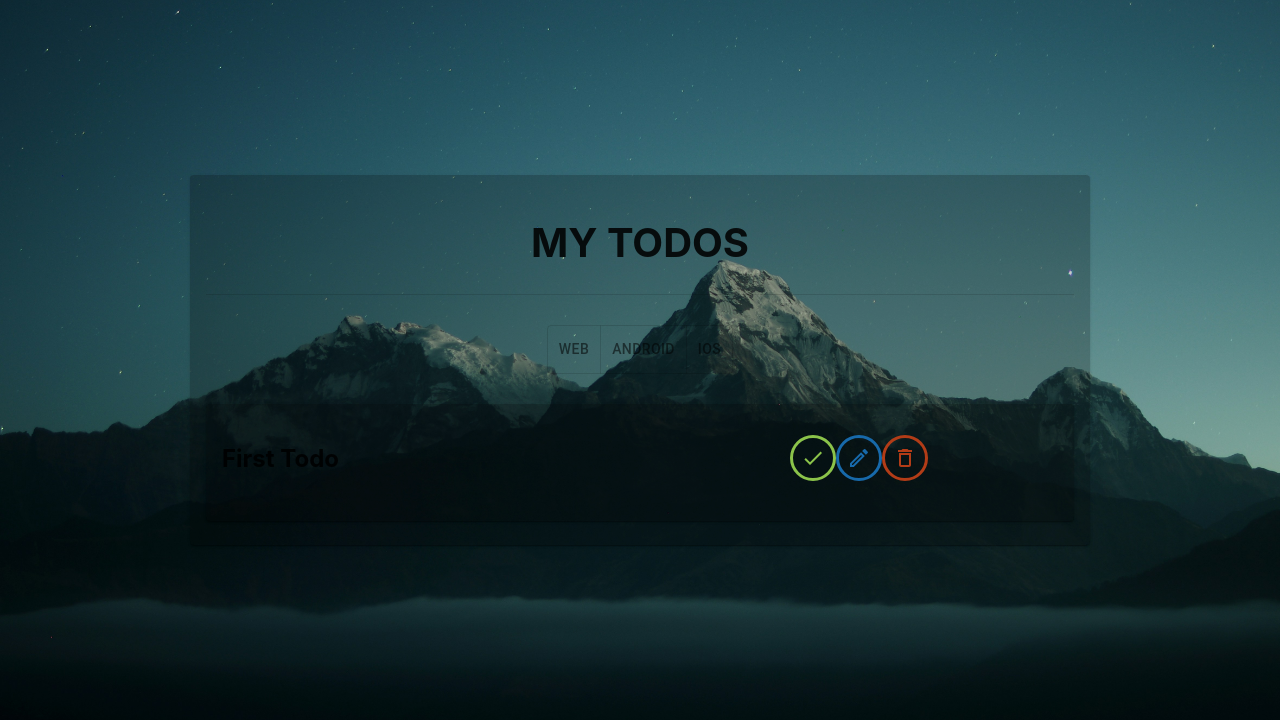
Repository: Ebadahamde/React-CRUDS-Project
Page: /
An editor plug-in stored every save of this project. The page is shown before and after a run of saves, followed by the edit.
The browser window is 1280 px wide. The pictures show the whole page.
The project was rebuilt for these pictures with package versions that can differ from the ones it lists, and the page was loaded fresh each time.

Above is the page before, as saved 2025-08-23 16:52:12.

After the next 2 saves:
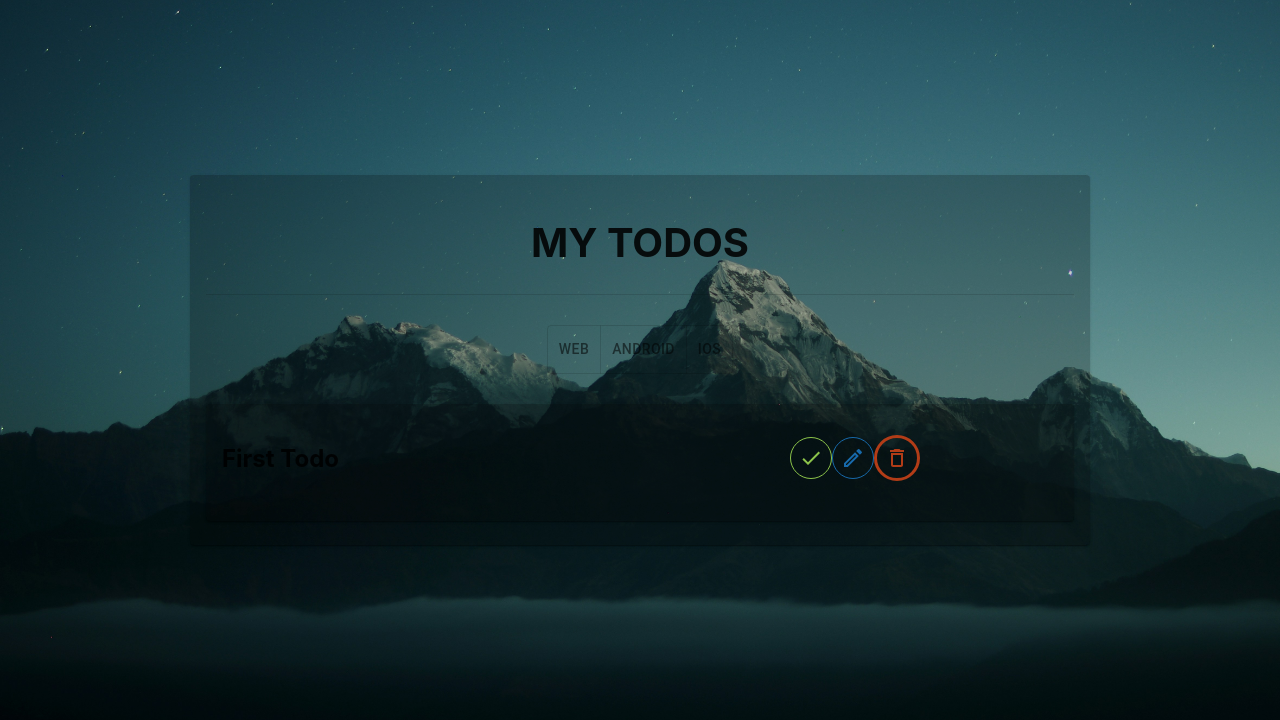
The 2 saves are shown as one change because they came seconds apart.
The last was saved 28 s later.
--- a/src/Componends/todo.js
+++ b/src/Componends/todo.js
@@ -29,7 +29,7 @@ export default function Todo() {
                 style={{
                   color: "#8bc34a",
                   // background: "white",
-                  border: "solid #8bc34a 3px",
+                  border: "solid #8bc34a 1px",
                 }}
               >
                 <CheckIcon />
@@ -41,7 +41,7 @@ export default function Todo() {
                 style={{
                   color: "#1769aa",
                   // background: "white",
-                  border: "solid #1769aa 3px",
+                  border: "solid #1769aa 1px",
                 }}
               >
                 <ModeEditOutlineOutlinedIcon />
